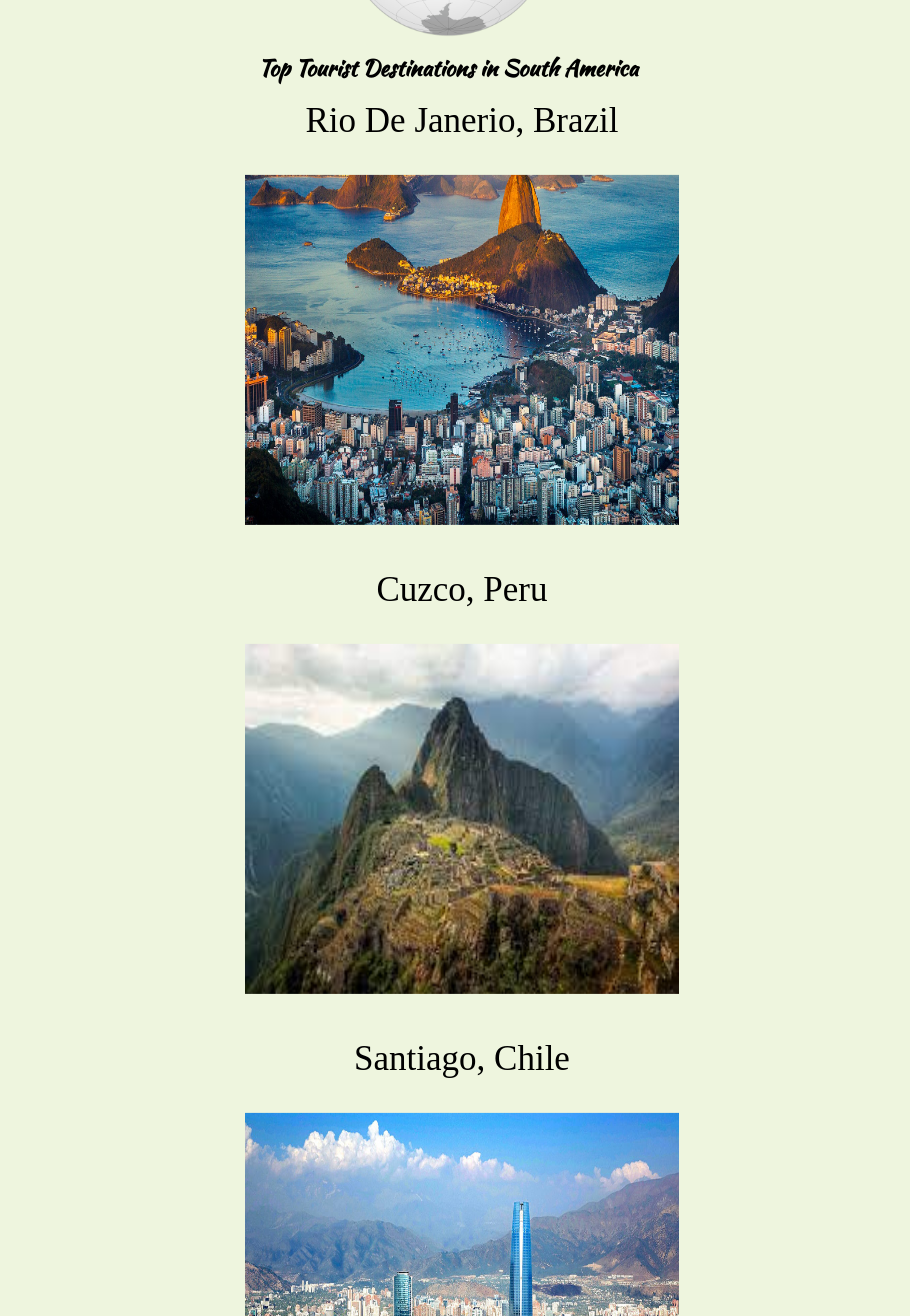
Repository: alharama/StaticWebsite
Page: sa_page.html
These files come from the project's save history. The page is drawn as it stood at one moment and after the next save; the edit follows.
The browser window is 1280 px wide. The page is 1300 px wide, so the pictures cover 1300 px, including what lies to the right of the window. The pictures show the part of the page from y = 557 to 2437 px (the page is 4489 px tall), at 70% of full size.

Above is the page before, as saved 2021-10-07 20:42:31.

### sa_page.html
<!DOCTYPE html>
<html lang="en">
<head>

    <link rel = "stylesheet" type="text/css" href="CSS/stylesheet.css">
    <link rel="icon" href="World.ico">

    <title> South America </title>

    <style>

        #sa {
            display: block;
            margin-left: auto;
            margin-right: auto;
            margin-top: 30px;
            width: auto;
            height: 300px;

        }



    </style>

</head>

<body>
    <header>
        South America


        <div id="languages">
            <div>Hello</div>
            <div>Bonjour</div>
            <div>Marhabaan</div>
            <div>Zdravstvuyte</div>
            <div>nǐ hǎo</div>
            <div>Salve</div>
            <div>Konnichiwa</div>
            <div>Guten Tag</div>
            <div>Goddag</div>
            <div>Shikamoo</div>
        </div>
    </header>

        <nav class="top_nav">
            <ul id="top_nav">
                <li><a href="/index.html">Home</a></li>
                <li><a href="/na_page.html">North America</a></li>
                <li><a href="/sa_page.html">South America</a></li>
                <li><a href="/eu_page.html">Europe</a></li>
                <li><a href="/af_page.html">Africa</a></li>
                <li><a href="/as_page.html">Asia</a></li>
                <li><a href="/au_page.html">Australia</a></li>
                <li><a href="/ant_page.html">Antarctica</a></li>
            </ul>
        </nav>


        <img id="sa" src="images/SouthAmerica.png" alt="South America">
        <h1> Top Tourist Destinations in South America</h1>


        <ul class = "tourist_spots">
            <li> Rio De Janerio, Brazil </li>

            <li><img class="dest" src="images/Rio.jpeg" alt="RIO"> </li>
            <li> Cuzco, Peru </li>
            <li><img class = "dest" src="images/Cuzco.jpeg" alt="CUZCO">  </li>
            <li> Santiago, Chile</li>
            <li><img class = "dest" src="images/Santiago.jpeg" alt = "SANTIAGO"> </li>
            <li> Galapagos Islands, Ecuador</li>
            <li><img class = "dest" src="images/Galapagos.jpeg" alt="GALAPAGOS">  </li>
            <li> Buenos Aires, Argentina</li>
            <li><img class="dest" src="images/Buenos.jpeg" alt="BUENOS AIRES">  </li>
        </ul>


            <div class = "extra_destinations">
                <div id="other_dest_header"> Other Popular Tourist Destinations</div>
                    <ol>
                        <li>  Easter Island, Chile</li>
                        <li> Angel Falls, Venezuela</li>
                        <li> Cartagena, Columbia </li>
                        <li> Salar de Uyuni, Bolivia</li>
                        <li> The Sacred Valley, Peru</li>
                    </ol>
            </div>





        <div id="survey">

            Which destination do you want to travel to next?
            <select>
                <option>Pick one...</option>
                <option>Rio De Jenario</option>
                <option>Cuzco</option>
                <option>Santiago</option>
                <option>Galapagos Island</option>
                <option>Buenos Aires</option>
                <option>Easter Island</option>
                <option>Angel Falls</option>
            </select>

        </div>

        <footer>


                <div id="references">References:</div>

            <ol>
                <li><a href="https://www.travelandleisure.com/travel-guide/rio-de-janeiro">https://www.travelandleisure.com/travel-guide/rio-de-janeiro</a></li>
                <li><a href="https://www.travelandleisure.com/trip-ideas/adventure-travel/how-to-travel-to-machu-picchu">https://www.travelandleisure.com/trip-ideas/adventure-travel/how-to-travel-to-machu-picchu</a></li>
                <li><a href="https://www.wildfrontierstravel.com/en_AU/blog/an-insiders-city-guide-to-santiago-chile">https://www.wildfrontierstravel.com/en_AU/blog/an-insiders-city-guide-to-santiago-chile</a></li>
                <li><a href="https://www.travelandleisure.com/trip-ideas/adventure-travel/how-to-travel-to-galapagos-islands">https://www.travelandleisure.com/trip-ideas/adventure-travel/how-to-travel-to-galapagos-islands</a></li>
                <li><a href="https://www.lonelyplanet.com/argentina/buenos-aires">https://www.lonelyplanet.com/argentina/buenos-aires</a></li>
            </ol>

        </footer>


    </body>
</html>

### CSS/stylesheet.css

 @import url('https://fonts.googleapis.com/css2?family=Kaushan+Script&display=swap');



 header {
    text-align: center;
    padding: 5px;
    font-family: 'Kaushan Script', cursive;
    font-size: 100px;
    border-bottom: 1px solid;
    background-color: rgb(183, 184, 146);

}

#container {
    min-height:100%;
    position:relative;
}

body{
    background: rgb(238, 245, 222);
    margin: 0px;
    padding-bottom: 100px;
}

.top_nav {
    width: 100%;
    font-size: 40px;
    text-align: center;
    color: red;

}

.top_nav ul {
    margin: 0px;
    color: blue;
}

.top_nav li {
    display: inline-block;

}

.top_nav a {
    text-decoration:underline;
    color: rgb(175, 52, 52);

}

.top_nav a:hover {
    background-color: lightgray;
}


#languages{

    display: flex;
    font-size: 20px;
    justify-content:space-around;
}



 h1 {
    text-align: center;
    font-family: 'Kaushan Script', cursive;
}

.tourist_spots {
    text-align: center;
}
.tourist_spots li {
    list-style: none;
    text-align: center;
    font-size: 50px;

}




.dest {
    width: 50%;

    height: 500px;
    padding: 50px;
}

#other_dest_header {
    padding-left: 20px;
    font-size: 50px;
}
.extra_destinations li{

    font-size: 20px;
}

#survey {
    margin-left: 20px;
}


footer {
    position: relative;
    bottom: 0;
    width: 100%;
    height: 100px;
    padding-left: 20px;
    color: black;

}

After the next save:
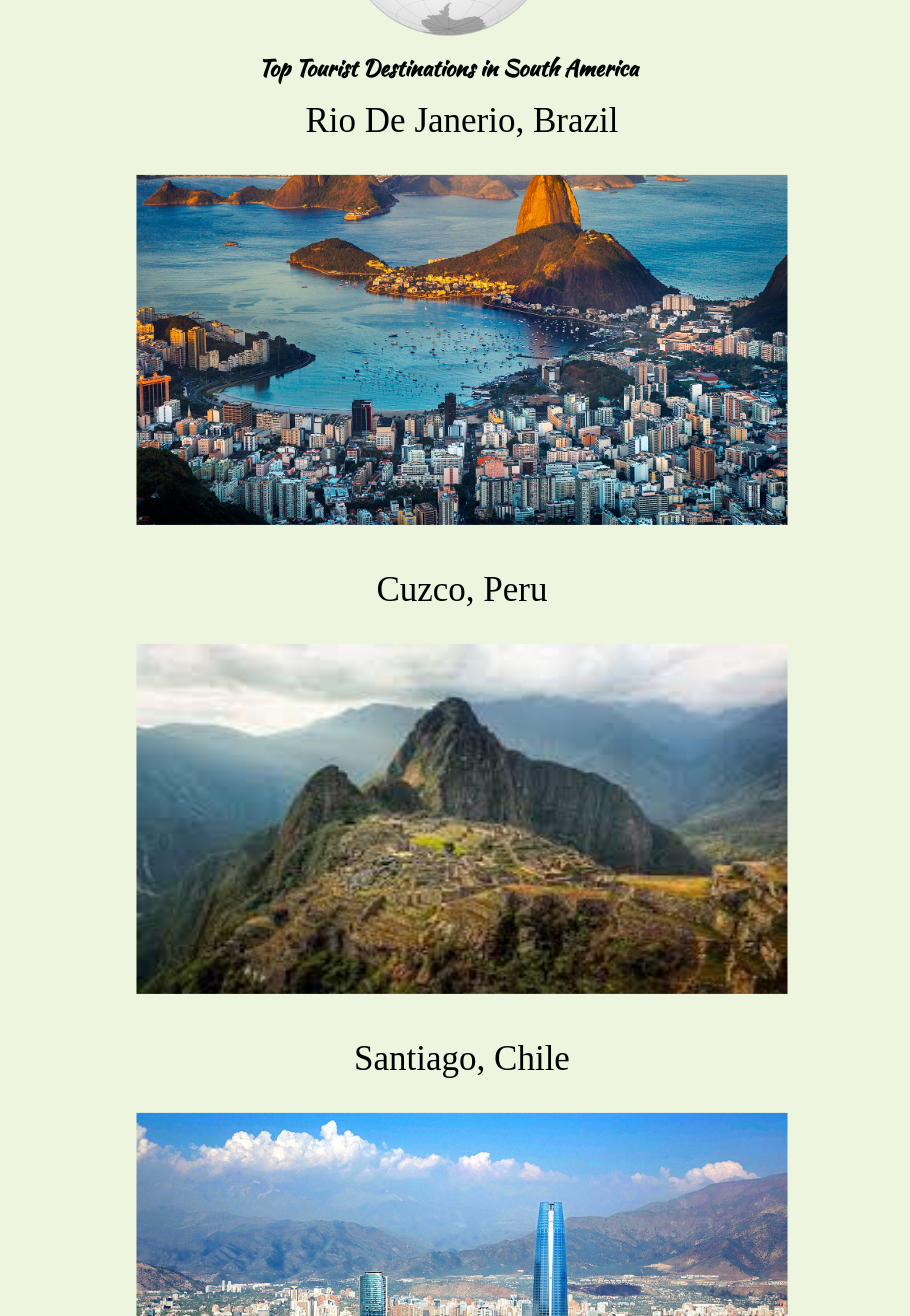
Saved 27 s later.
--- a/CSS/stylesheet.css
+++ b/CSS/stylesheet.css
@@ -81,8 +81,8 @@ body{
 
 
 .dest {
-    width: 50%;
-
+    width: 75%;
+    height: 50%;
     height: 500px;
     padding: 50px;
 }
